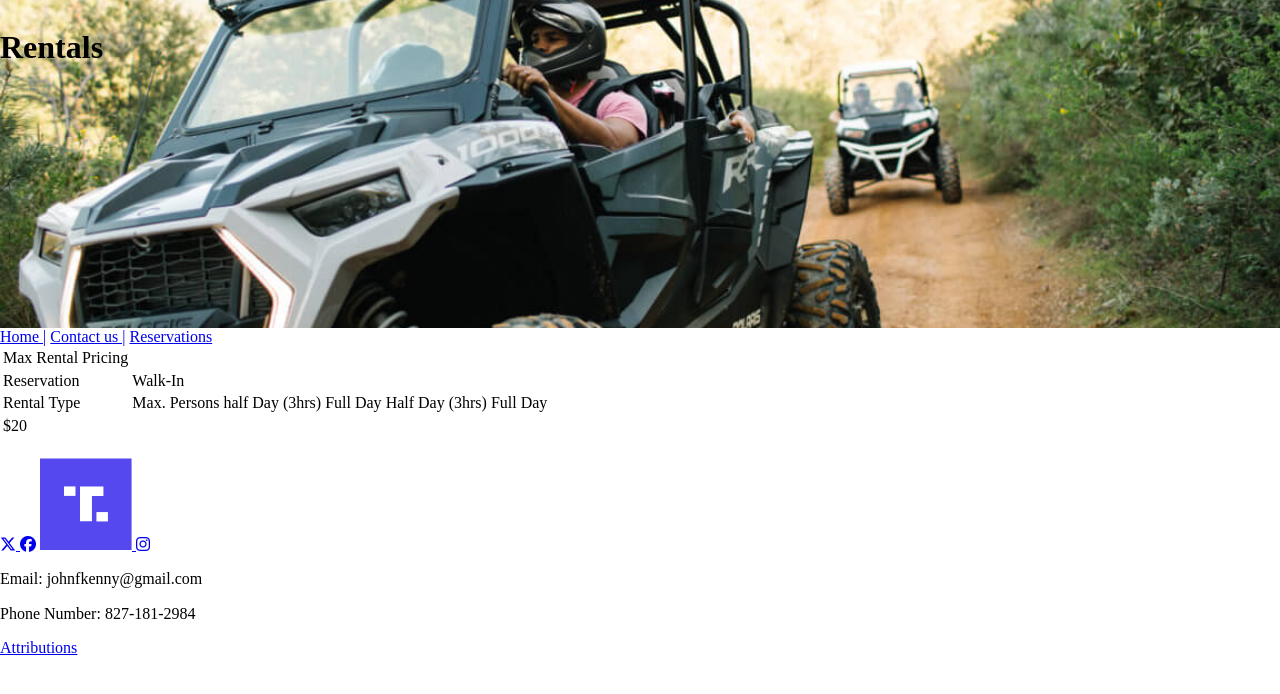
Repository: nak97/WDD230
Page: scoots/rentals-page/rentals-page.html
These files come from the project's save history. The page is drawn as it stood at one moment and after the next save; the edit follows.
The browser window is 1280 px wide. The pictures show the whole page.
Some web libraries are served in a nearby version.

Above is the page before, as saved 2023-12-11 12:45:41.
Console error: TypeError: Cannot set properties of null (setting 'innerText')

After the next save:
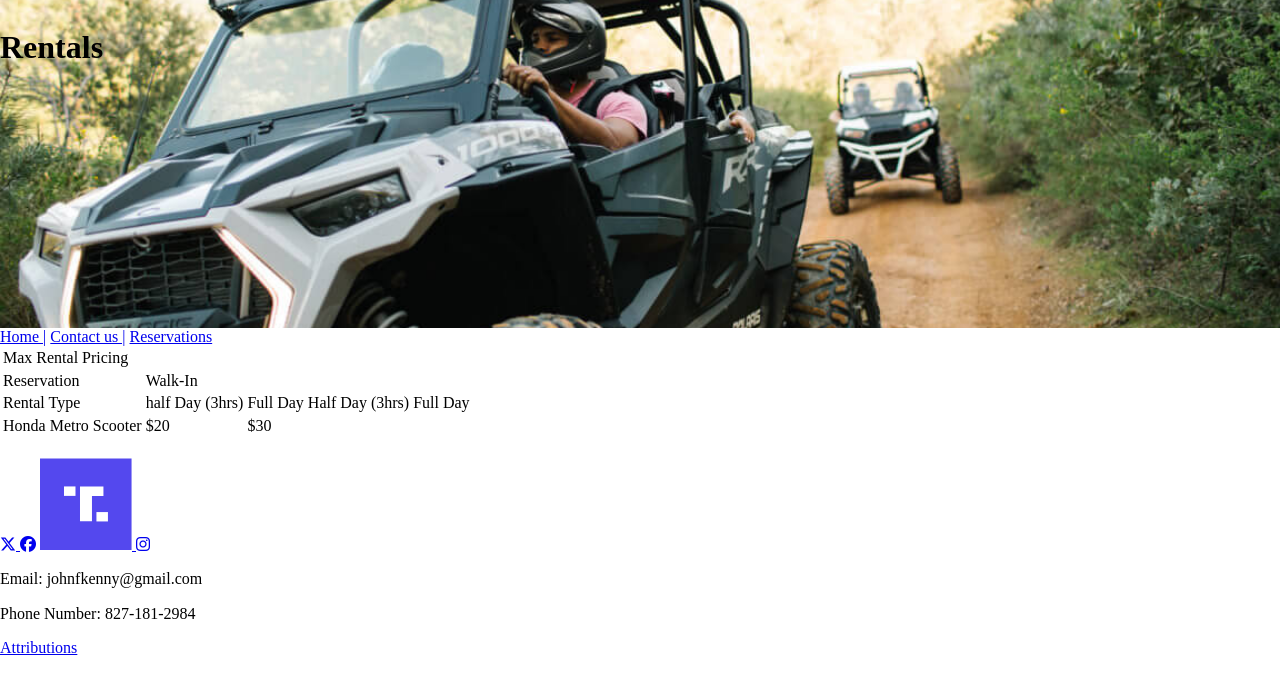
The error is gone.
Saved 11 s later.
--- a/scoots/rentals-page/rentals-page.html
+++ b/scoots/rentals-page/rentals-page.html
@@ -36,16 +36,15 @@
       </tr>
         <tr>
         <td>Rental Type</td>
-        <td>Max. Persons</td>
         <td>half Day (3hrs)</td>
         <td>Full Day</td>
         <td>Half Day (3hrs)</td>
         <td>Full Day</td>
       </tr>
         <tr>
+        <td>Honda Metro Scooter</td>
         <td><span id="price-half-metro"></span></td>
-        <td></td>
-        <td></td>
+        <td><span id="price-f-metro"></span></td>
         <td></td>
         <td></td>
         <td></td>
